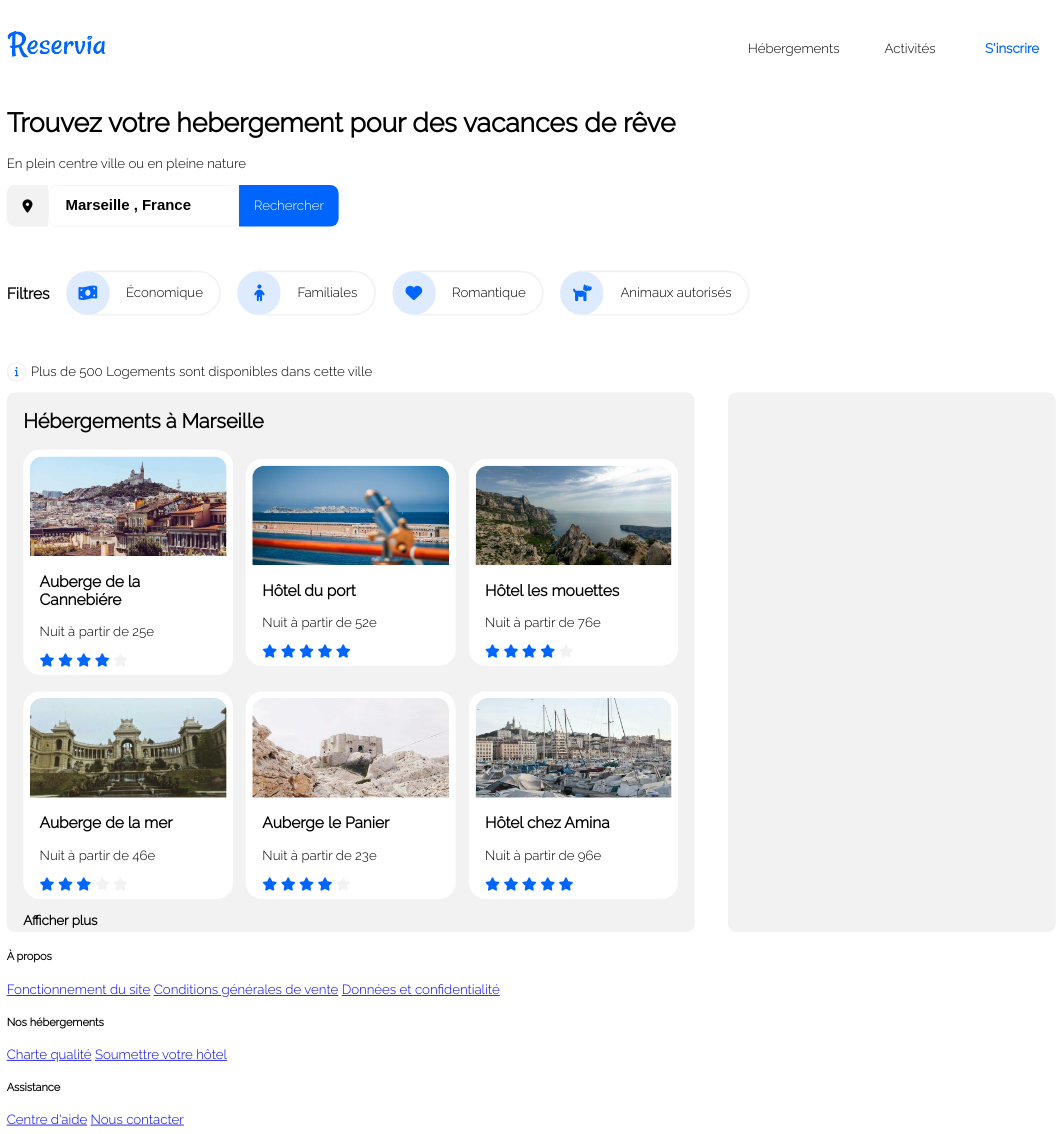
Repository: jaydeeonghub/DYLANBARBARISI_2_16062021
Page: index.html
The author's editor kept a copy of each file at every save. The page is drawn from the files as they stood at one save, then again after the next save.
The browser window is 1280 px wide. The pictures show the whole page, at 83% of full size.
Some web libraries are served in a nearby version.

Above is the page before, as saved 2021-07-14 18:43:30.

After the next save:
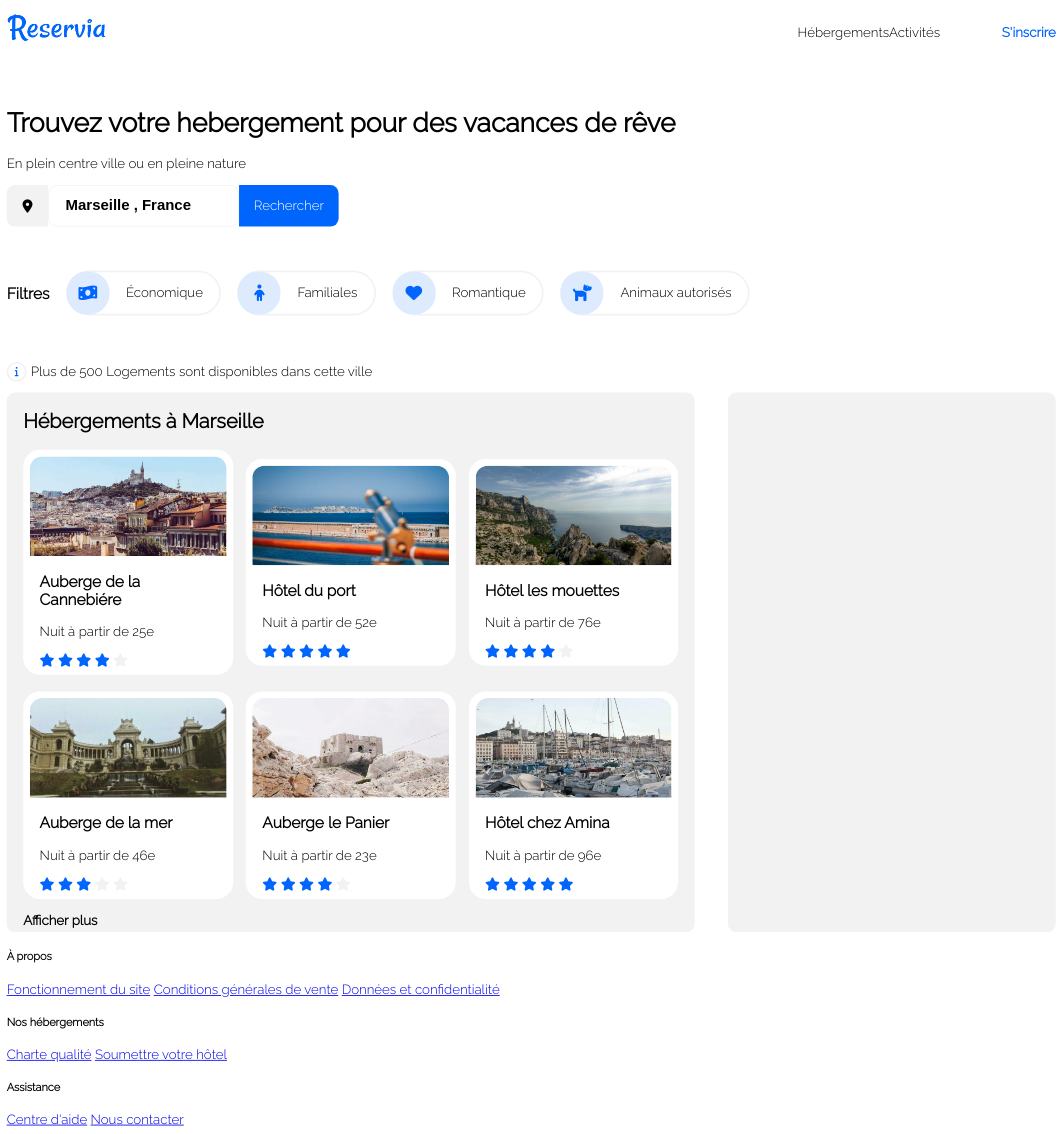
Saved 12 min 1 s later.
--- a/Styles.css
+++ b/Styles.css
@@ -65,15 +65,15 @@ body {
 .sizeNav {
   height: 100px;
 }
-.sizeLiens {
-  width: 100%;
+.LiensNav {
+    width: 45%;
 }
 .sizeLien12 {
   margin-left: 60%;
 }
-.sizeLien {
-  width: 140px;
-  height: 99px;
+.LiensNav2 {
+    width: 140px;
+    height: 99px;
 }
 .colorLien2 {
   color: black;
